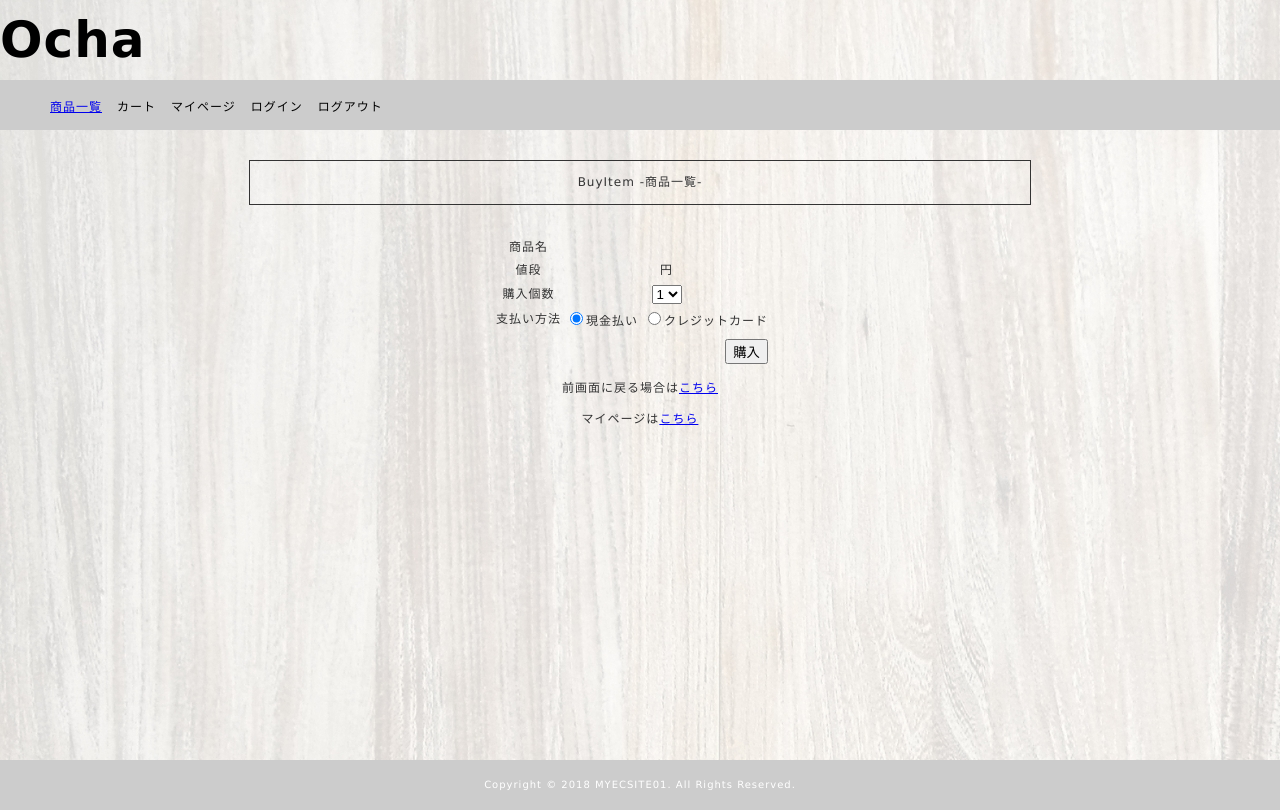
Repository: hiranatsu/ECtest
Page: http://localhost/myecsite01/buyItem.jsp
An editor plug-in stored every save of this project. The page is shown before and after the next save, followed by the edit.
The browser window is 1280 px wide. The pictures show the whole page.
The page is served by Tomcat 9.

Above is the page before, as saved 2018-09-26 01:05:47.

After the next save:
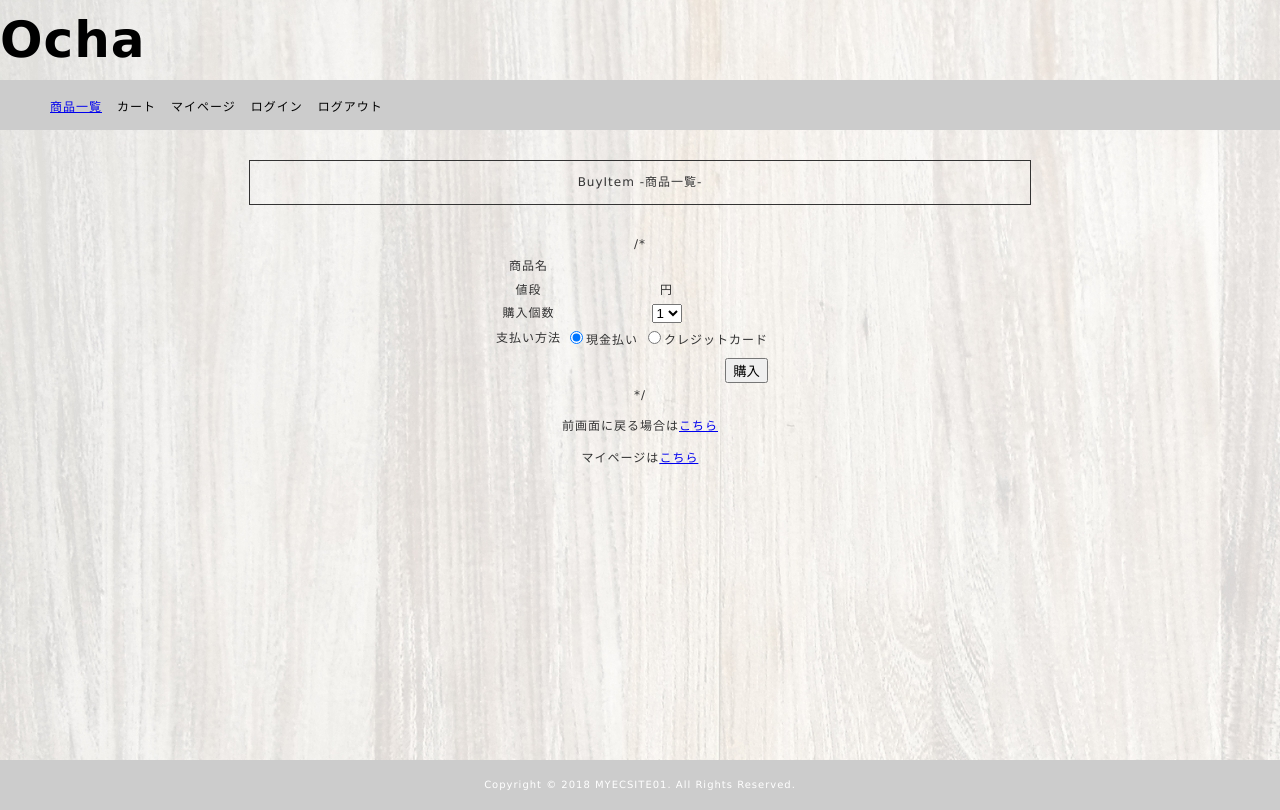
Saved 10 min 48 s later.
--- a/myecsite01/WebContent/buyItem.jsp
+++ b/myecsite01/WebContent/buyItem.jsp
@@ -97,6 +97,7 @@
 		</div>
 		<div>
 			<s:form action="BuyItemAction">
+			/*
 			<table>
 				<tr>
 					<td><span>商品名</span></td>
@@ -132,7 +133,7 @@
 				<tr>
 					<td><s:submit value="購入"/></td>
 				</tr>
-			</table>
+			</table>*/
 			</s:form>
 			<div>
 				<p>前画面に戻る場合は<a href='<s:url action="GoHomeAction"/>'>こちら</a></p>
